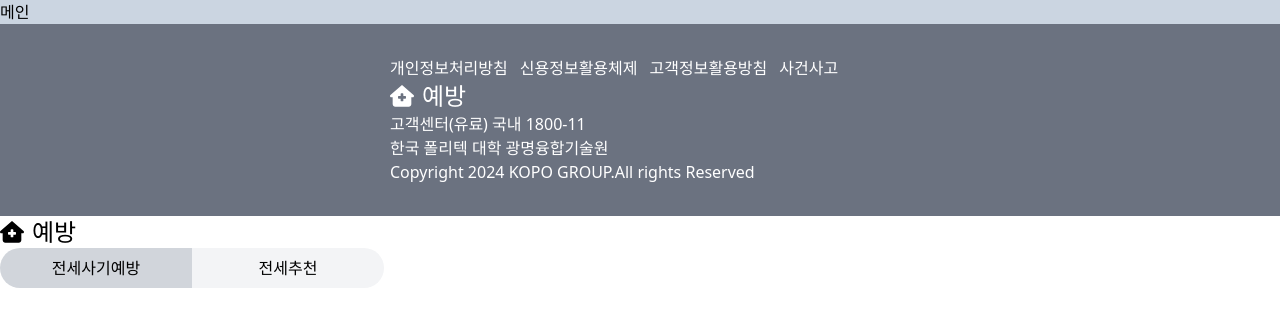
Repository: hanaTI-team-1/frontend
Page: /
An editor plug-in stored every save of this project. The page is shown before and after the next save, followed by the edit.
The browser window is 1280 px wide. The pictures show the whole page.
The project was rebuilt for these pictures with package versions that can differ from the ones it lists, and the page was loaded fresh each time. Also part of the build but not shown: vite.config.js, src/App.css, src/components/Recommend.jsx, src/components/Protect.jsx.

Above is the page before, as saved 2024-07-11 21:01:31.

### src/App.jsx
import { Route, Routes } from "react-router-dom";
import "./App.css";
import Main from "./components/Main";
import Recommend from "./components/Recommend";
import Protect from "./components/Protect";

function App() {
  return (
    <>
      <Routes>
        <Route path="/" element={<Main />} />
        <Route path="/protect" element={<Protect />} />
        <Route path="/recommend" element={<Recommend />} />
      </Routes>
    </>
  );
}

export default App;

### src/components/Main.jsx
import { Footer } from './Footer';
import { Header } from './Header';

export default function Main() {
  return (
    <>
      <div className="bg-slate-300">메인</div>
      <Footer />
      <Header />
    </>
  );
}

### src/components/Footer.jsx
import { Logo } from './Logo'

export const Footer = () => {
  return <footer className='h-48 flex items-center justify-center bg-gray-500 text-white'>
    <div className='min-w-[500px]'>
      <nav>
        <ul className='flex gap-3'>
          <li className='cursor-pointer'>개인정보처리방침</li>
          <li className='cursor-pointer'>신용정보활용체제</li>
          <li className='cursor-pointer'>고객정보활용방침</li>
          <li className='cursor-pointer'>사건사고</li>
        </ul>
      </nav>
      <div><Logo /></div>
      <div>고객센터(유료) 국내 1800-11</div>
      <div>한국 폴리텍 대학 광명융합기술원</div>
      <div>Copyright 2024 KOPO GROUP.All rights Reserved</div>
    </div>
  </footer>
}

### src/components/Header.jsx
import { Logo } from './Logo'
import { Link } from 'react-router-dom'

export const Header = () => {
  return <header>
    <Logo />
    <nav className='flex'>
      {/* 클릭하면 /proctect로 이동 */}

      <Link to={"/protect"}
        className='h-10 duration-150 rounded-l-full leading-10 bg-gray-300 text-center w-48 cursor-pointer hover:bg-gray-500 hover:rounded-r-full'
      >
        전세사기예방
      </Link>
      {/* 클릭하면 /로 이동 */}
      <Link to={"/recommend"}
        className='h-10 duration-150 rounded-r-full leading-10 bg-gray-100 text-center w-48 cursor-pointer hover:bg-gray-200 hover:rounded-l-full'
      >
        전세추천
      </Link>

    </nav>
    <div />
  </header>

}

### src/components/Logo.jsx
import { FaHouseMedical } from 'react-icons/fa6'
import { Link } from 'react-router-dom'

export const Logo = () => {
  return <Link to={"/"} className='flex items-center gap-2 cursor-pointer'>
    <FaHouseMedical size={24} />
    <span className='text-2xl'>예방</span>
  </Link>
}

Loaded but not shown: index.html (common file); src/main.jsx (common file); src/index.css (common file); tailwind.config.js (common file)

After the next save:
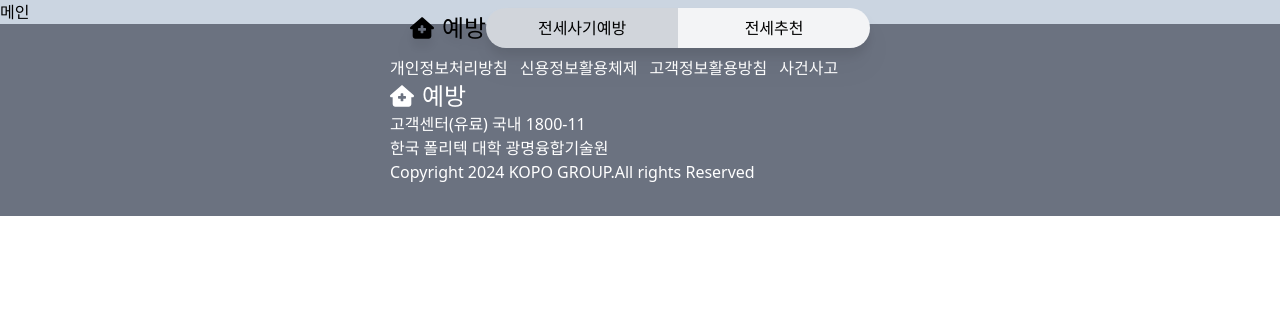
Saved 2 min 41 s later.
--- a/src/components/Header.jsx
+++ b/src/components/Header.jsx
@@ -2,11 +2,10 @@ import { Logo } from './Logo'
 import { Link } from 'react-router-dom'
 
 export const Header = () => {
-  return <header>
+  return <header className='fixed top-0 xl:px-40 flex w-full h-14 items-center justify-center drop-shadow-xl'>
     <Logo />
     <nav className='flex'>
       {/* 클릭하면 /proctect로 이동 */}
-
       <Link to={"/protect"}
         className='h-10 duration-150 rounded-l-full leading-10 bg-gray-300 text-center w-48 cursor-pointer hover:bg-gray-500 hover:rounded-r-full'
       >
